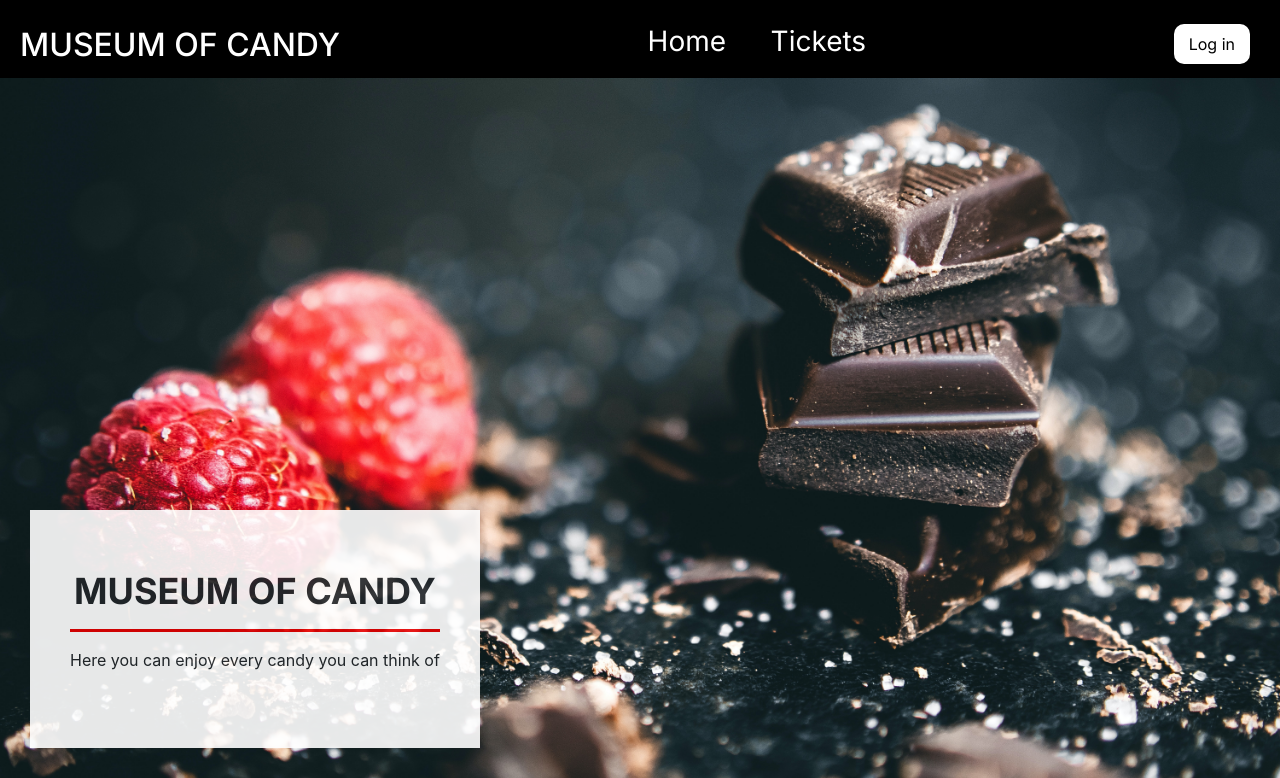
Repository: m-koparanova/MuseumOfCandy
Page: index.html
These files come from the project's save history. The page is drawn as it stood at one moment and after the next save; the edit follows.
The browser window is 1280 px wide. The pictures show the whole page.
Some web fonts or font styles are not loaded; a fallback is used.

Above is the page before, as saved 2023-03-05 20:02:09.

After the next save:
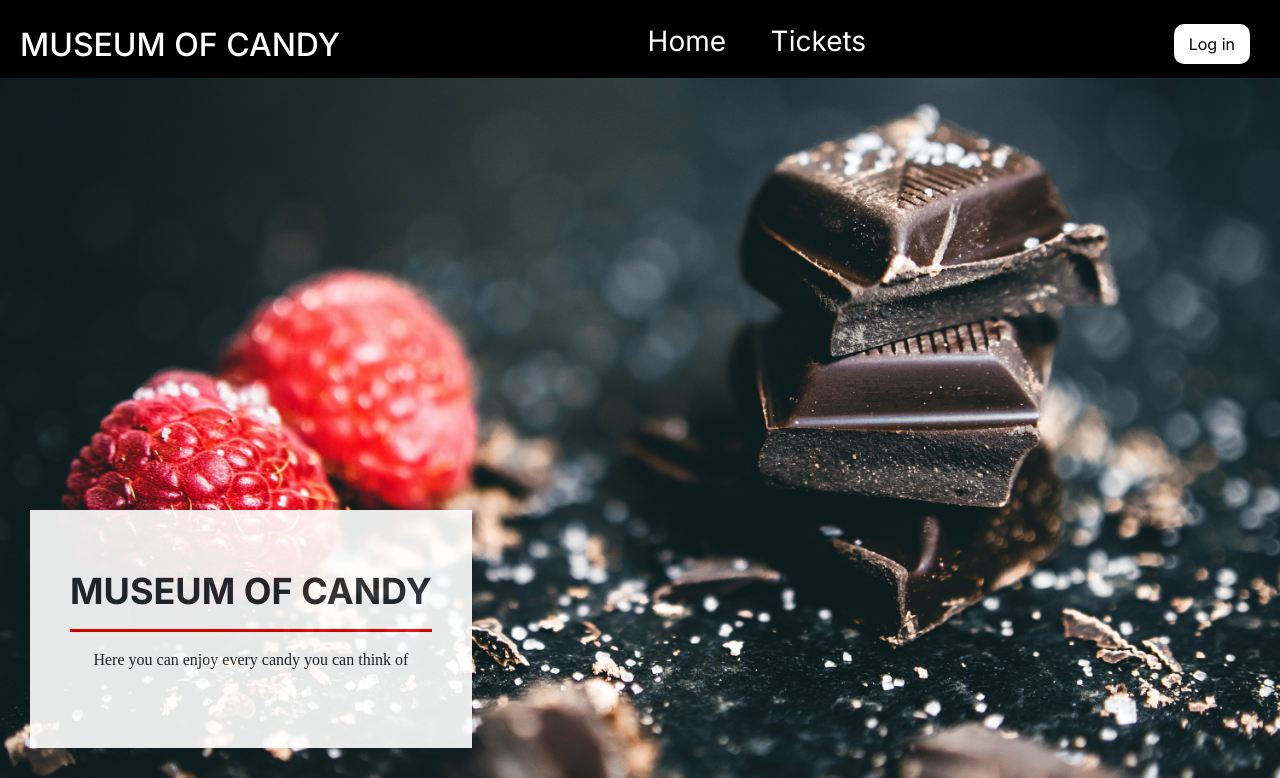
Saved 2 min 34 s later.
--- a/style.css
+++ b/style.css
@@ -90,3 +90,7 @@
     font-size: 36px;
     font-weight: 700;
 }
+
+.image-container div p{
+    font-family: 'Italianno', cursive;
+}
